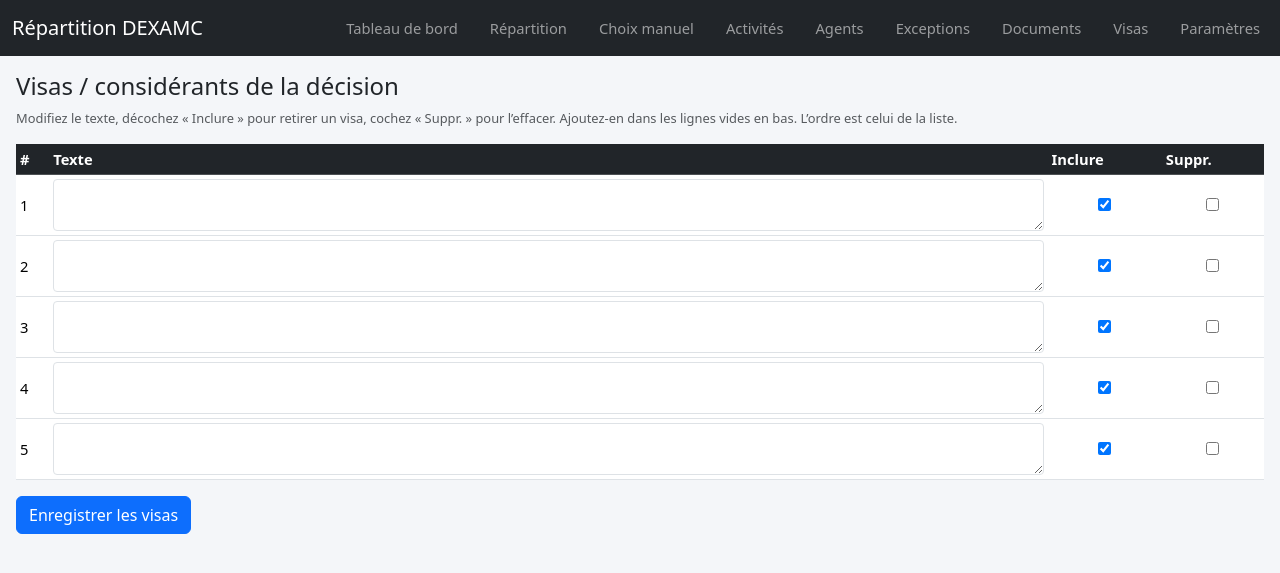
Repository: Mikandry/vacation
Page: http://localhost/visas
An editor plug-in stored every save of this project. The page is shown before and after a run of saves, followed by the edit.
The browser window is 1280 px wide. The pictures show the whole page.
The page is served by the project's Laravel application, run on PHP 8.4 with Laravel 12. Queries for data that is not in the repository find no rows.

Above is the page before, as saved 2026-10-18 13:03:51.

After the next 4 saves:
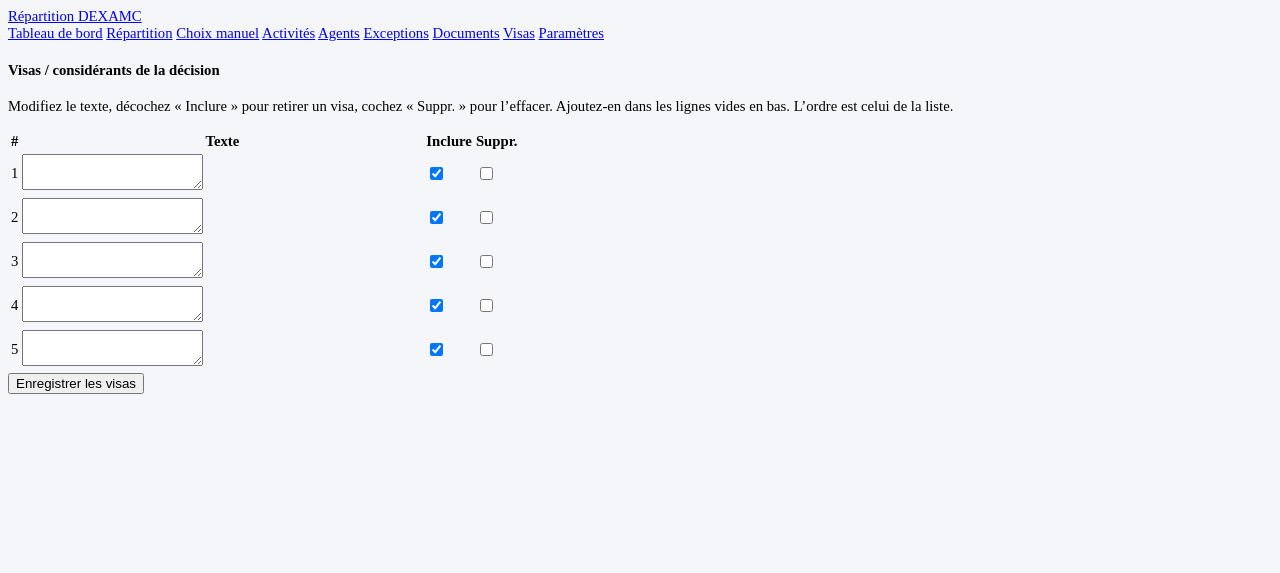
The 4 saves are shown as one change because they came seconds apart.
The last was saved 36 min 44 s later.
--- a/resources/views/layouts/app.blade.php
+++ b/resources/views/layouts/app.blade.php
@@ -4,6 +4,7 @@
 <meta charset="utf-8"><meta name="viewport" content="width=device-width, initial-scale=1">
 <meta name="csrf-token" content="{{ csrf_token() }}">
 <title>@yield('title', 'Répartition des agents')</title>
+<head
 <link href="https://cdn.jsdelivr.net/npm/bootstrap@5.3.3/dist/css/bootstrap.min.css" rel="stylesheet">
 <style>
  body{background:#f4f6f9;font-size:.92rem} .kpi{background:#fff;border-radius:.6rem;padding:.8rem 1rem;box-shadow:0 1px 3px rgba(0,0,0,.08)}

After the 2 saves that followed:
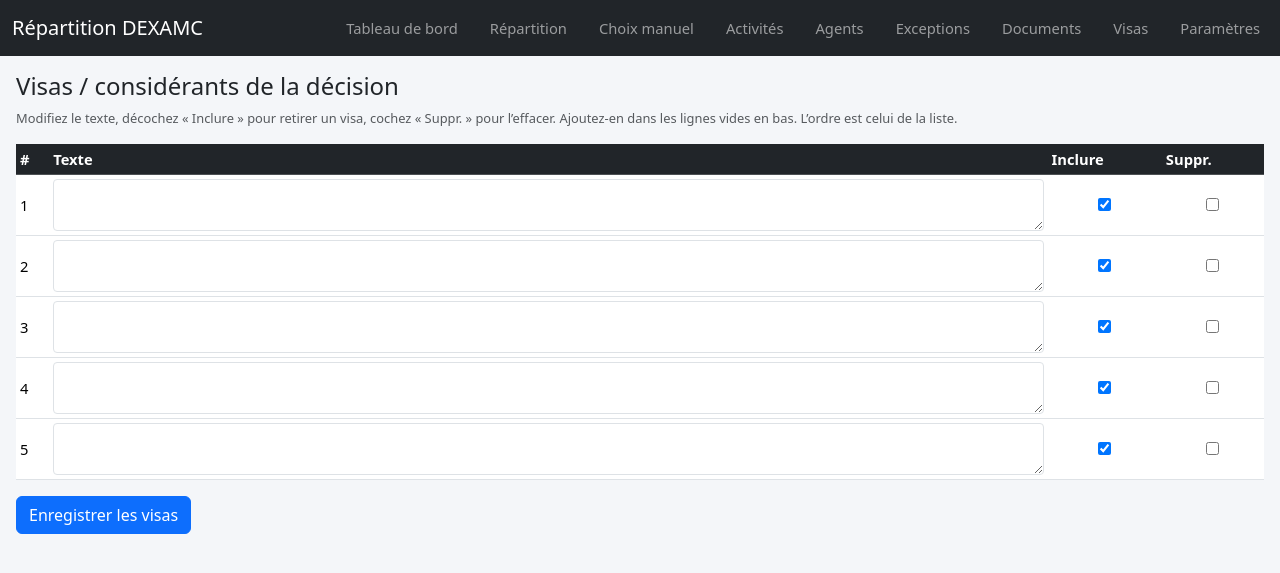
The 2 saves are shown as one change because they came seconds apart.
The last was saved 6 s later.
--- a/resources/views/layouts/app.blade.php
+++ b/resources/views/layouts/app.blade.php
@@ -4,7 +4,8 @@
 <meta charset="utf-8"><meta name="viewport" content="width=device-width, initial-scale=1">
 <meta name="csrf-token" content="{{ csrf_token() }}">
 <title>@yield('title', 'Répartition des agents')</title>
-<head
+<head>
+
 <link href="https://cdn.jsdelivr.net/npm/bootstrap@5.3.3/dist/css/bootstrap.min.css" rel="stylesheet">
 <style>
  body{background:#f4f6f9;font-size:.92rem} .kpi{background:#fff;border-radius:.6rem;padding:.8rem 1rem;box-shadow:0 1px 3px rgba(0,0,0,.08)}
